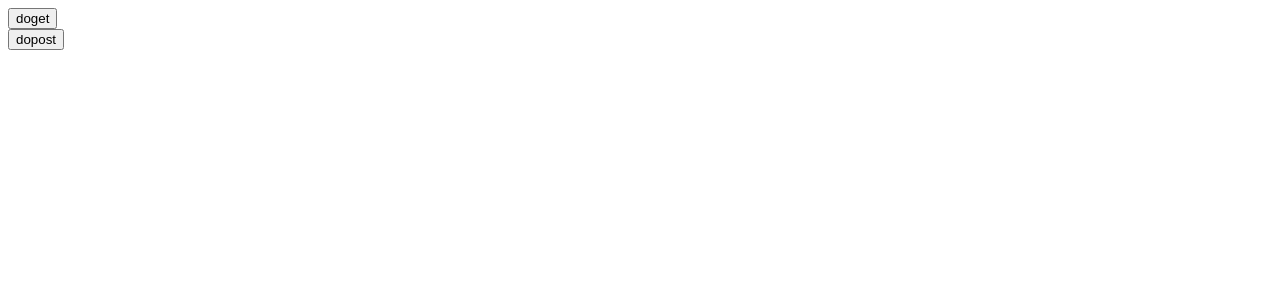
Repository: prankster689/bakend-java-practice
Page: fsdphase2/phase2demos/WebContent/index.html
The author's editor kept a copy of each file at every save. The page is drawn from the files as they stood at one save, then again after the next save.
The browser window is 1280 px wide. The pictures show the whole page.

Above is the page before, as saved 2021-03-02 13:01:50.

### fsdphase2/phase2demos/WebContent/index.html
<!DOCTYPE html>
<html>
<head>
<meta charset="UTF-8">
<title>Insert title here</title>
</head>
<body>
<form action="myservlet" method="get">



<input type="submit" value="doget">
</form>


<form action="myservlet" method="post">



<input type="submit" value="dopost">
</form>
</body>
</html>

After the next save:
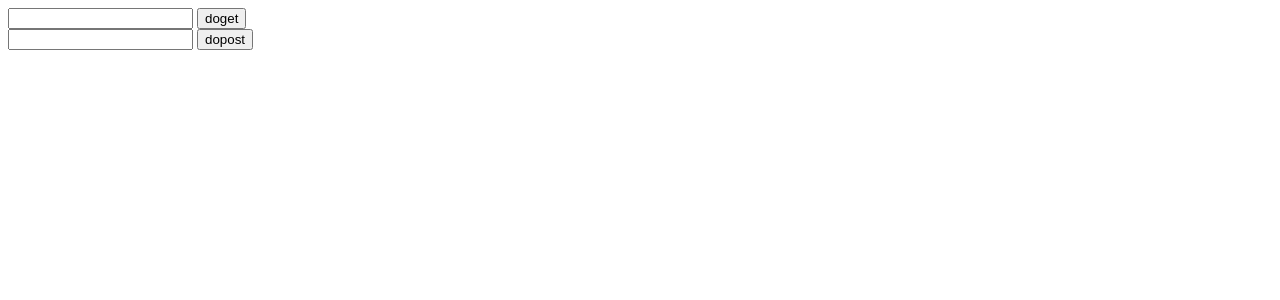
Saved 2 min 17 s later.
--- a/fsdphase2/phase2demos/WebContent/index.html
+++ b/fsdphase2/phase2demos/WebContent/index.html
@@ -7,7 +7,7 @@
 <body>
 <form action="myservlet" method="get">
 
-
+<input type="text" name="fname">
 
 <input type="submit" value="doget">
 </form>
@@ -16,7 +16,7 @@
 <form action="myservlet" method="post">
 
 
-
+<input type="text" name="fn">
 <input type="submit" value="dopost">
 </form>
 </body>
